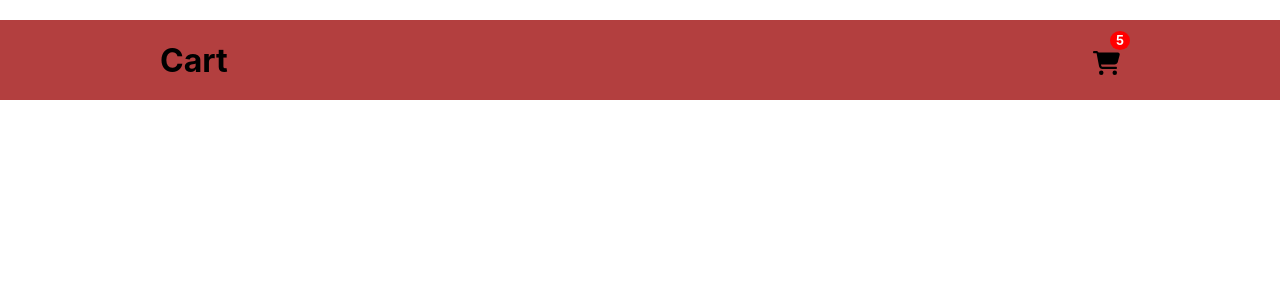
Repository: sriram1224/Cart-react-app
Page: /
These files come from the project's save history. The page is drawn as it stood at one moment and after the next save; the edit follows.
The browser window is 1280 px wide. The pictures show the whole page.
The project was rebuilt for these pictures with package versions that can differ from the ones it lists, and the page was loaded fresh each time.

Above is the page before, as saved 2024-03-12 13:50:00.

After the next save:
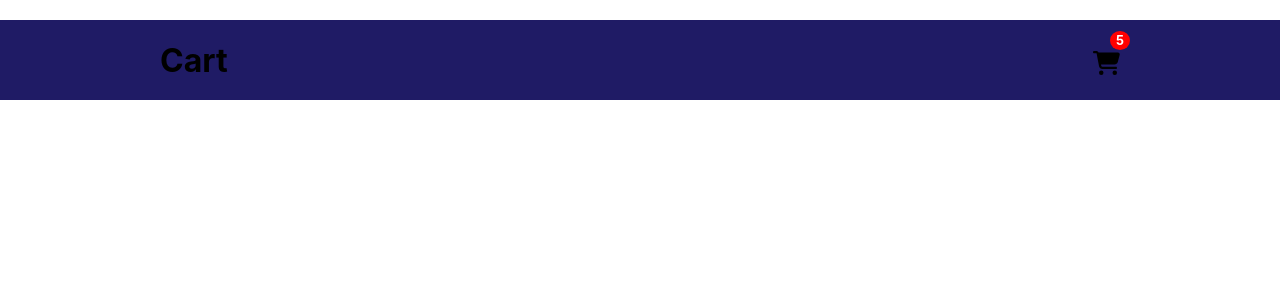
Saved 16 s later.
--- a/src/Components/Navbar.css
+++ b/src/Components/Navbar.css
@@ -37,5 +37,5 @@ text-align: center;
 .nav-container{
     width: 100%;
     height: 5rem;
-    background-color:rgb(179, 63, 63)
+    background-color:rgb(31, 27, 101)
 }
